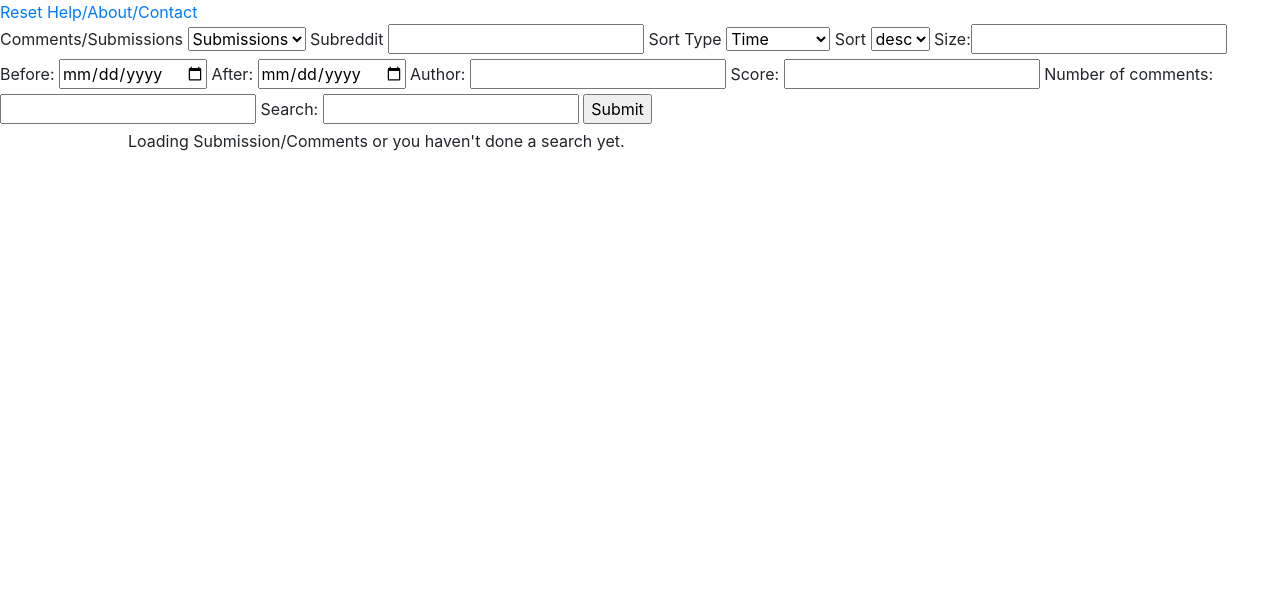
Repository: ihsoyCT/ctarchive
Page: dist/index.html
These files come from the project's save history. The page is drawn as it stood at one moment and after a run of saves; the edit follows.
The browser window is 1280 px wide. The pictures show the whole page.

Above is the page before, as saved 2022-05-03 17:10:14.

### dist/index.html

<!DOCTYPE html>
<html>
  <head>
    <title>Reddit Archive</title>
    <style>
      .children {
        margin-left: 20px;
      }
      .score {
        margin-top: auto;
        margin-bottom: auto; /* width: 20px; */
        padding-left: 8px; /* align-items: center; */ /* justify-content: center; */ /* align-self: center; */
        width: 2%;
      }

      .submissionclass {
        height: auto;
        background-color: lightgray;
        margin: 20px 0px 20px 0px;
        display: flex;
      }

      .main {
        margin-left: 10px;
      }

      .thumbnail {
        /* FLOAT: right; */
        margin-left: auto;
      }

      div#content {
        width: 80%;
        margin: auto;
      }

      #submission a {
        font-size: 10px;
      }

      #submission .post a {
        font-size: 1rem;
      }

      #orhans {
        background-color: red;
      }

      .posted {
        font-size: 10px;
      }
      .thumbnail img {
        max-width: 400px;
      }
      h3 {
        margin: 0;
      }
      p.comment_title {
        font-size: 10px;
      }

      .post {
        background-color: lightgrey;
        border: solid;
        border-width: 1px;
        margin-bottom: 5px;
        font-size: 1rem;
      }


      .post_highlight {
        background-color: rgb(87, 131, 87);
        border: solid;
        border-width: 1px;
        margin-bottom: 5px;
        font-size: 1rem;
      }

    </style>
    <link
      rel="stylesheet"
      href="https://stackpath.bootstrapcdn.com/bootstrap/4.5.0/css/bootstrap.min.css"
      integrity="sha384-9aIt2nRpC12Uk9gS9baDl411NQApFmC26EwAOH8WgZl5MYYxFfc+NcPb1dKGj7Sk"
      crossorigin="anonymous"
    />
    <script
      src="https://code.jquery.com/jquery-3.5.1.slim.min.js"
      integrity="sha384-DfXdz2htPH0lsSSs5nCTpuj/zy4C+OGpamoFVy38MVBnE+IbbVYUew+OrCXaRkfj"
      crossorigin="anonymous"
    ></script>
    <script
      src="https://cdn.jsdelivr.net/npm/popper.js@1.16.0/dist/umd/popper.min.js"
      integrity="sha384-Q6E9RHvbIyZFJoft+2mJbHaEWldlvI9IOYy5n3zV9zzTtmI3UksdQRVvoxMfooAo"
      crossorigin="anonymous"
    ></script>
    <script
      src="https://stackpath.bootstrapcdn.com/bootstrap/4.5.0/js/bootstrap.min.js"
      integrity="sha384-OgVRvuATP1z7JjHLkuOU7Xw704+h835Lr+6QL9UvYjZE3Ipu6Tp75j7Bh/kR0JKI"
      crossorigin="anonymous"
    ></script>
  </head>
  <div class="error" id="error"></div>
  <div class="left">
    <a href="./index.html" id="back">Reset</a>
    <a href="./about.html" id="back">Help/About/Contact</a>
    <div id="searchform">
      <form id="search_form">
        <label for="mode">Comments/Submissions</label>
        <select id="mode" name="mode">
            <option value="submissions">Submissions</option>
            <option value="comments">Comments</option>
        </select>
        <label for="subreddit"> Subreddit </label>
        <input type="text" name="subreddit" id="subreddit" />
        <label for="sort_type">Sort Type</label>
        <select name="sort_type" id="sort_type">
          <option value="created_utc">Time</option>
          <option value="score">Score</option>
          <option value="num_comments">Comments</option>
        </select>
        <label for="sort">Sort</label>
        <select name="sort" id="sort">
          <option value="desc">desc</option>
          <option value="asc">asc</option>
        </select>
        <label for="size">Size:</label><input type="text" name="size" id="size" />
        <label for="before">Before:</label>
        <input type="date" name="before" id="before" />
        <label for="after">After:</label>
        <input type="date" name="after" id="after" />
        <label for="author">Author:</label>
        <input type="text" name="author" id="author" />
        <label for="score">Score:</label>
        <input type="text" name="score" id="score" />
        <label for="num_comments">Number of comments:</label>
        <input type="text" name="num_comments" id="num_comments" />
        <label for="q">Search:</label>
        <input type="text" name="q" id="q" />
        <input type="submit" />
      </form>
    </div>
  </div>
  <div id="status"></div>
  <div id="content"></div>
  <div id="orphans"></div>
  <body>
    <script src="index.js"></script>
  </body>
</html>

Loaded but not shown: dist/index.js (library)

After the next 2 saves:
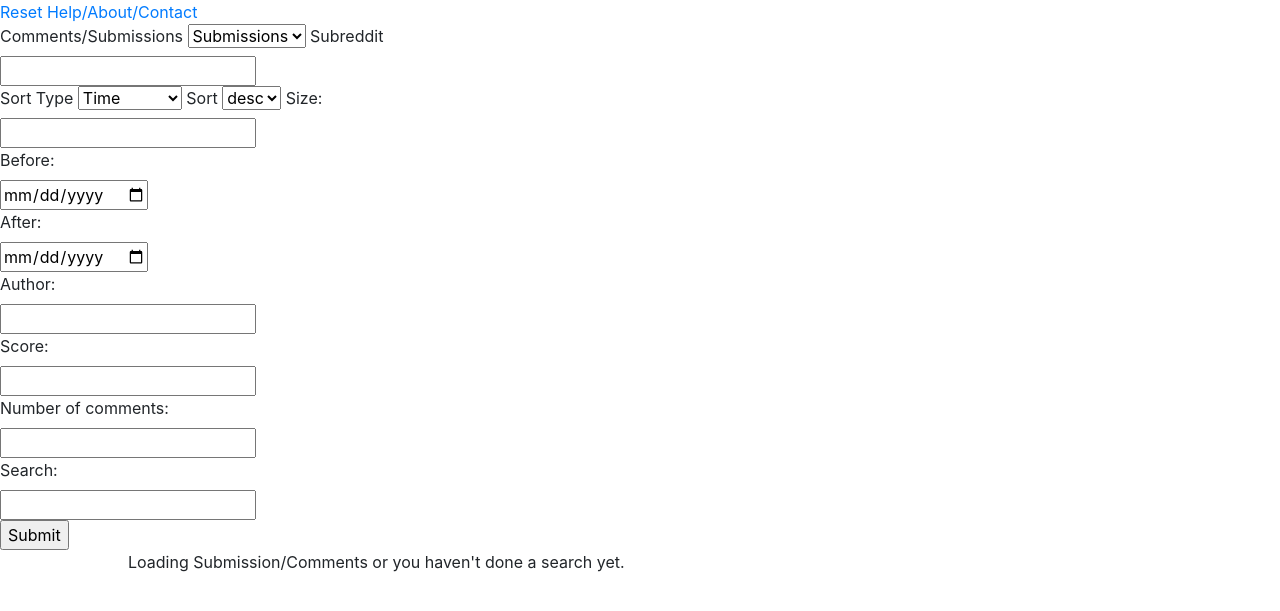
The 2 saves are shown as one change because they came seconds apart.
The last was saved 103 s later.
--- a/dist/index.html
+++ b/dist/index.html
@@ -19,6 +19,10 @@
         background-color: lightgray;
         margin: 20px 0px 20px 0px;
         display: flex;
+      }
+
+      input, label {
+        display:block;
       }
 
       .main {
